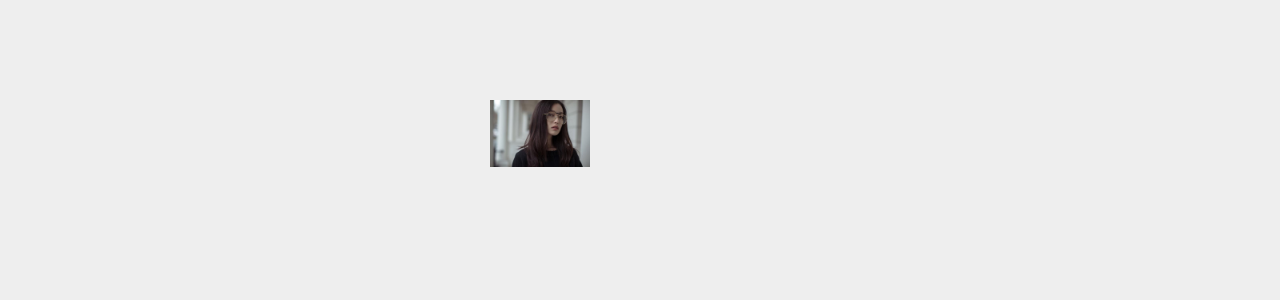
Repository: Germtao/Web
Page: web_css/css3_动画案例.html
An editor plug-in stored every save of this project. The page is shown before and after the next save, followed by the edit.
The browser window is 1280 px wide. The pictures show the whole page.

Above is the page before, as saved 2020-11-03 11:08:21.

### web_css/css3_动画案例.html
<!DOCTYPE html>
<html lang="en">

<head>
  <meta charset="UTF-8">
  <meta name="viewport" content="width=device-width, initial-scale=1.0">
  <title>CSS3-动画案例</title>

  <!-- 1. 🚀 -->
  <!-- <style>
    html,
    body {
      height: 100%;
    }

    body {
      background-color: #DE8910;
    }

    .rocket {
      position: absolute;
      left: 100px;
      top: 600px;
      height: 120px;
      transform: translate(-200px, 200px) rotate(45deg);
      transition: all 1s ease-in;
    }

    body:hover .rocket {
      transform: translate(500px, -500px) rotate(45deg);
    }
  </style> -->

  <!-- 2. 卡片旋转 -->
  <style>
    body {
      background-color: #eee;
    }

    .box {
      width: 300px;
      height: 440px;
      margin: 100px auto;
      position: relative;
    }

    img {
      width: 100px;
      position: absolute;
      left: 0;
      top: 0;
      transition: ;
    }
  </style>
</head>

<body>
  <!-- 1. 🚀 -->
  <!-- <img class="rocket" src="img/rocket.png" alt=""> -->

  <!-- 2. 卡片旋转 -->
  <div class="box">
    <img src="img/倪妮.jpg" alt="">
    <img src="img/宋轶.jpeg" alt="">
    <img src="img/倪妮.jpg" alt="">
    <img src="img/宋轶.jpeg" alt="">
    <img src="img/倪妮.jpg" alt="">
    <img src="img/宋轶.jpeg" alt="">
    <img src="img/倪妮.jpg" alt="">
    <img src="img/宋轶.jpeg" alt="">
    <img src="img/倪妮.jpg" alt="">
    <img src="img/宋轶.jpeg" alt="">
    <img src="img/倪妮.jpg" alt="">
  </div>
</body>

</html>

After the next save:
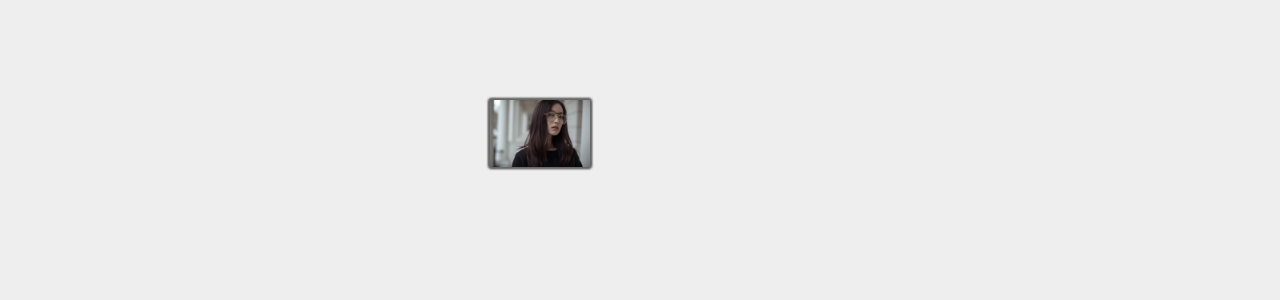
Saved 25 s later.
--- a/web_css/css3_动画案例.html
+++ b/web_css/css3_动画案例.html
@@ -49,7 +49,9 @@
       position: absolute;
       left: 0;
       top: 0;
-      transition: ;
+      box-shadow: 0 0 3px #666;
+      transition: all 1.5s;
+
     }
   </style>
 </head>
